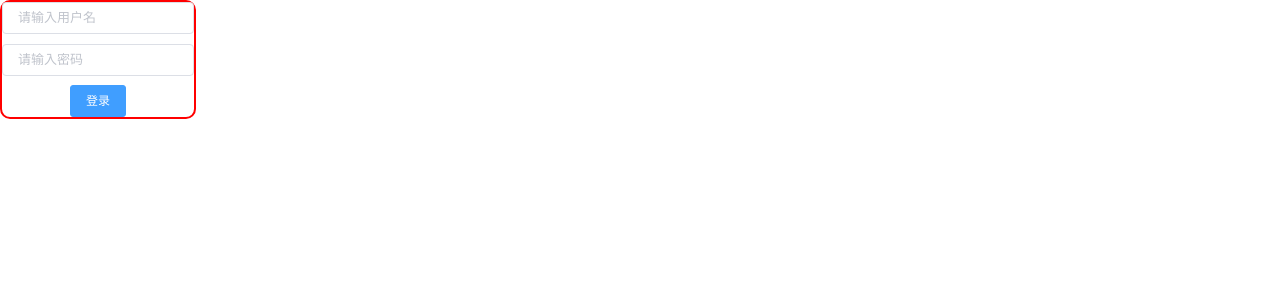
Repository: faintout/backMng
Page: /#/login (app in backmng/)
An editor plug-in stored every save of this project. The page is shown before and after the next save, followed by the edit.
The browser window is 1280 px wide. The pictures show the whole page.
The project was rebuilt for these pictures with package versions that can differ from the ones it lists, and the page was loaded fresh each time. Also part of the build but not shown: backmng/vue.config.js, backmng/src/views/headerTop.vue, backmng/src/views/layout.vue, backmng/src/views/_index.vue, backmng/src/views/addList.vue, backmng/src/views/list.vue.

Above is the page before, as saved 2020-12-30 19:32:54.

After the next save:
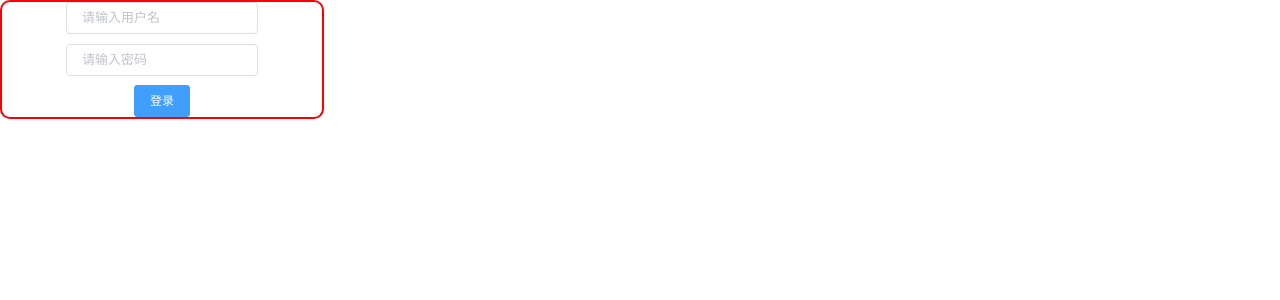
Saved 9 s later.
--- a/backmng/src/views/login.vue
+++ b/backmng/src/views/login.vue
@@ -53,6 +53,7 @@
     width: 15%;
     border: 2px solid red;
     border-radius: 10px;
+    padding:0 5%
 }
 .bgc{
     width: 100%;
